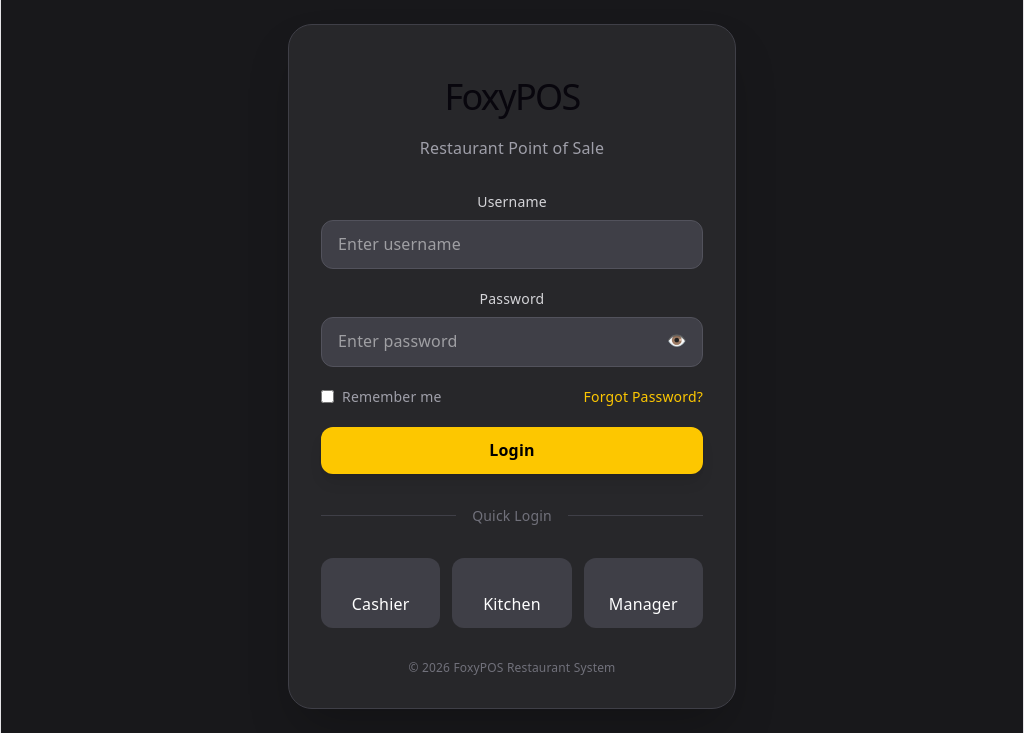
Repository: noppakaow-mat/FoxyposApp
Page: / (app in foxyposapp/)
The author's editor kept a copy of each file at every save. The page is drawn from the files as they stood at one save, then again after the next save.
The browser window is 1024 px wide. The pictures show the whole page.
The project was rebuilt for these pictures with package versions that can differ from the ones it lists, and the page was loaded fresh each time. Also part of the build but not shown: foxyposapp/vite.config.js, foxyposapp/src/routes/ProtectedRoute.jsx.

Above is the page before, as saved 2026-07-06 22:04:23.

After the next save:
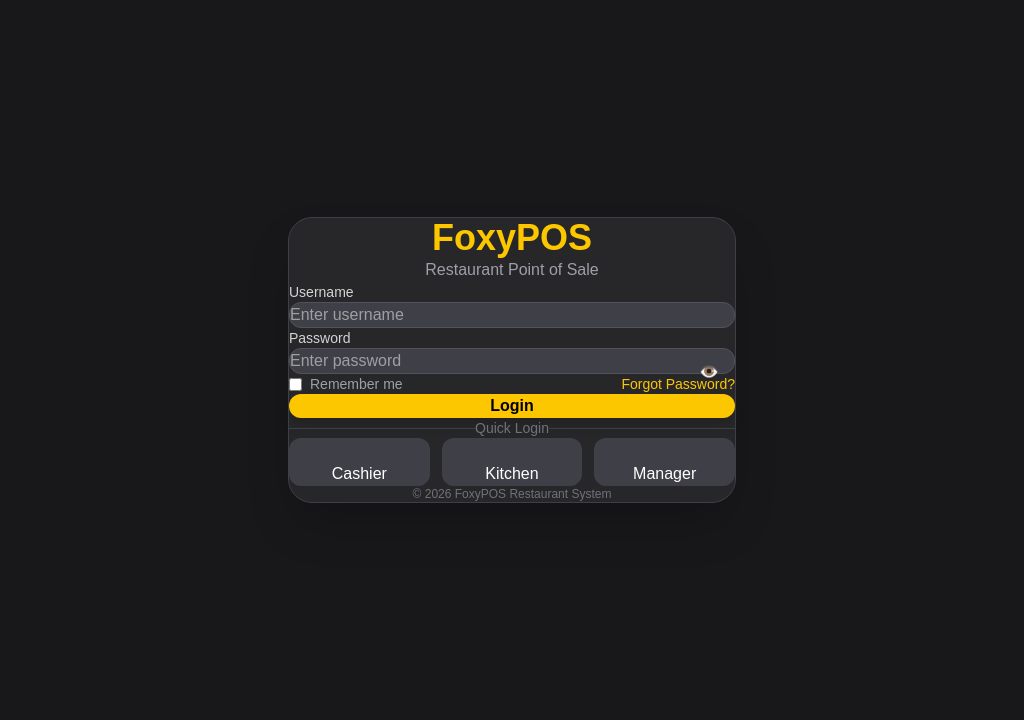
Saved 4 min 24 s later.
--- a/foxyposapp/src/index.css
+++ b/foxyposapp/src/index.css
@@ -1,112 +1,21 @@
 @import "tailwindcss";
-:root {
-  --text: #6b6375;
-  --text-h: #08060d;
-  --bg: #fff;
-  --border: #e5e4e7;
-  --code-bg: #f4f3ec;
-  --accent: #aa3bff;
-  --accent-bg: rgba(170, 59, 255, 0.1);
-  --accent-border: rgba(170, 59, 255, 0.5);
-  --social-bg: rgba(244, 243, 236, 0.5);
-  --shadow:
-    rgba(0, 0, 0, 0.1) 0 10px 15px -3px, rgba(0, 0, 0, 0.05) 0 4px 6px -2px;
 
-  --sans: system-ui, 'Segoe UI', Roboto, sans-serif;
-  --heading: system-ui, 'Segoe UI', Roboto, sans-serif;
-  --mono: ui-monospace, Consolas, monospace;
+@import url("https://fonts.googleapis.com/css2?family=Poppins:wght@400;500;600;700&display=swap");
 
-  font: 18px/145% var(--sans);
-  letter-spacing: 0.18px;
-  color-scheme: light dark;
-  color: var(--text);
-  background: var(--bg);
-  font-synthesis: none;
-  text-rendering: optimizeLegibility;
-  -webkit-font-smoothing: antialiased;
-  -moz-osx-font-smoothing: grayscale;
-
-  @media (max-width: 1024px) {
-    font-size: 16px;
-  }
+*{
+  margin:0;
+  padding:0;
+  box-sizing:border-box;
 }
 
-@media (prefers-color-scheme: dark) {
-  :root {
-    --text: #9ca3af;
-    --text-h: #f3f4f6;
-    --bg: #16171d;
-    --border: #2e303a;
-    --code-bg: #1f2028;
-    --accent: #c084fc;
-    --accent-bg: rgba(192, 132, 252, 0.15);
-    --accent-border: rgba(192, 132, 252, 0.5);
-    --social-bg: rgba(47, 48, 58, 0.5);
-    --shadow:
-      rgba(0, 0, 0, 0.4) 0 10px 15px -3px, rgba(0, 0, 0, 0.25) 0 4px 6px -2px;
-  }
-
-  #social .button-icon {
-    filter: invert(1) brightness(2);
-  }
+html,
+body,
+#root{
+  width:100%;
+  min-height:100vh;
 }
 
-body {
-  margin: 0;
+body{
+  font-family:"Poppins",sans-serif;
+  background:#09090b;
 }
-
-#root {
-  width: 1126px;
-  max-width: 100%;
-  margin: 0 auto;
-  text-align: center;
-  border-inline: 1px solid var(--border);
-  min-height: 100svh;
-  display: flex;
-  flex-direction: column;
-  box-sizing: border-box;
-}
-
-h1,
-h2 {
-  font-family: var(--heading);
-  font-weight: 500;
-  color: var(--text-h);
-}
-
-h1 {
-  font-size: 56px;
-  letter-spacing: -1.68px;
-  margin: 32px 0;
-  @media (max-width: 1024px) {
-    font-size: 36px;
-    margin: 20px 0;
-  }
-}
-h2 {
-  font-size: 24px;
-  line-height: 118%;
-  letter-spacing: -0.24px;
-  margin: 0 0 8px;
-  @media (max-width: 1024px) {
-    font-size: 20px;
-  }
-}
-p {
-  margin: 0;
-}
-
-code,
-.counter {
-  font-family: var(--mono);
-  display: inline-flex;
-  border-radius: 4px;
-  color: var(--text-h);
-}
-
-code {
-  font-size: 15px;
-  line-height: 135%;
-  padding: 4px 8px;
-  background: var(--code-bg);
-}

After the save that followed:
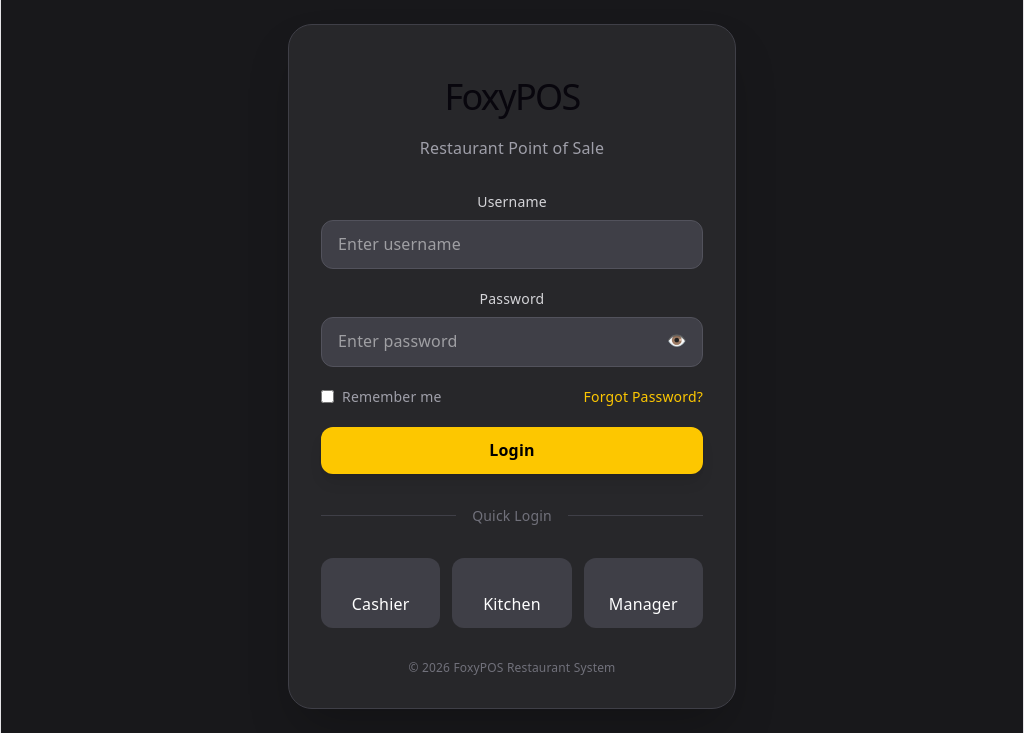
Saved 24 s later.
--- a/foxyposapp/src/index.css
+++ b/foxyposapp/src/index.css
@@ -1,21 +1,112 @@
 @import "tailwindcss";
+:root {
+  --text: #6b6375;
+  --text-h: #08060d;
+  --bg: #fff;
+  --border: #e5e4e7;
+  --code-bg: #f4f3ec;
+  --accent: #aa3bff;
+  --accent-bg: rgba(170, 59, 255, 0.1);
+  --accent-border: rgba(170, 59, 255, 0.5);
+  --social-bg: rgba(244, 243, 236, 0.5);
+  --shadow:
+    rgba(0, 0, 0, 0.1) 0 10px 15px -3px, rgba(0, 0, 0, 0.05) 0 4px 6px -2px;
 
-@import url("https://fonts.googleapis.com/css2?family=Poppins:wght@400;500;600;700&display=swap");
+  --sans: system-ui, 'Segoe UI', Roboto, sans-serif;
+  --heading: system-ui, 'Segoe UI', Roboto, sans-serif;
+  --mono: ui-monospace, Consolas, monospace;
 
-*{
-  margin:0;
-  padding:0;
-  box-sizing:border-box;
+  font: 18px/145% var(--sans);
+  letter-spacing: 0.18px;
+  color-scheme: light dark;
+  color: var(--text);
+  background: var(--bg);
+  font-synthesis: none;
+  text-rendering: optimizeLegibility;
+  -webkit-font-smoothing: antialiased;
+  -moz-osx-font-smoothing: grayscale;
+
+  @media (max-width: 1024px) {
+    font-size: 16px;
+  }
 }
 
-html,
-body,
-#root{
-  width:100%;
-  min-height:100vh;
+@media (prefers-color-scheme: dark) {
+  :root {
+    --text: #9ca3af;
+    --text-h: #f3f4f6;
+    --bg: #16171d;
+    --border: #2e303a;
+    --code-bg: #1f2028;
+    --accent: #c084fc;
+    --accent-bg: rgba(192, 132, 252, 0.15);
+    --accent-border: rgba(192, 132, 252, 0.5);
+    --social-bg: rgba(47, 48, 58, 0.5);
+    --shadow:
+      rgba(0, 0, 0, 0.4) 0 10px 15px -3px, rgba(0, 0, 0, 0.25) 0 4px 6px -2px;
+  }
+
+  #social .button-icon {
+    filter: invert(1) brightness(2);
+  }
 }
 
-body{
-  font-family:"Poppins",sans-serif;
-  background:#09090b;
+body {
+  margin: 0;
 }
+
+#root {
+  width: 1126px;
+  max-width: 100%;
+  margin: 0 auto;
+  text-align: center;
+  border-inline: 1px solid var(--border);
+  min-height: 100svh;
+  display: flex;
+  flex-direction: column;
+  box-sizing: border-box;
+}
+
+h1,
+h2 {
+  font-family: var(--heading);
+  font-weight: 500;
+  color: var(--text-h);
+}
+
+h1 {
+  font-size: 56px;
+  letter-spacing: -1.68px;
+  margin: 32px 0;
+  @media (max-width: 1024px) {
+    font-size: 36px;
+    margin: 20px 0;
+  }
+}
+h2 {
+  font-size: 24px;
+  line-height: 118%;
+  letter-spacing: -0.24px;
+  margin: 0 0 8px;
+  @media (max-width: 1024px) {
+    font-size: 20px;
+  }
+}
+p {
+  margin: 0;
+}
+
+code,
+.counter {
+  font-family: var(--mono);
+  display: inline-flex;
+  border-radius: 4px;
+  color: var(--text-h);
+}
+
+code {
+  font-size: 15px;
+  line-height: 135%;
+  padding: 4px 8px;
+  background: var(--code-bg);
+}
